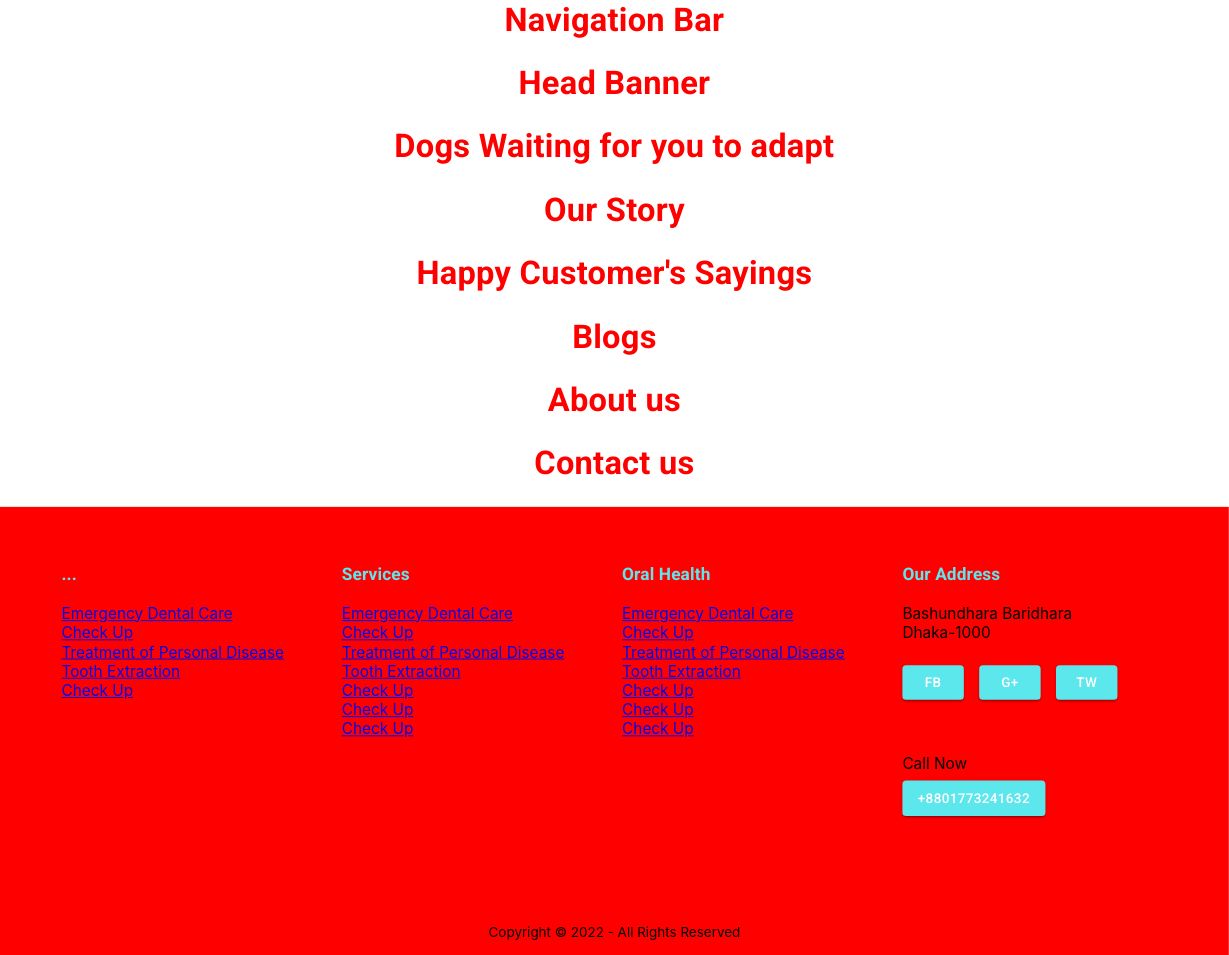
Repository: Sharif-00112/dogos-paradise-client
Page: /
The author's editor kept a copy of each file at every save. The page is drawn from the files as they stood at one save, then again after the next save.
The browser window is 1280 px wide. The pictures show the whole page, at 96% of full size.
The page's requests for data from a server got no answer. The project was rebuilt for these pictures with package versions that can differ from the ones it lists, and the page was loaded fresh each time. Some packages were replaced by stand-ins written for this rebuild. No one was signed in, and anything a server would have sent is missing. Also part of the build but not shown: src/Pages/Login/Login/Login.js, src/Pages/Login/Register/Register.js, src/Pages/NotFound/NotFound.js.

Above is the page before, as saved 2022-11-30 22:29:22.

### public/index.html
<!DOCTYPE html>
<html lang="en">
  <head>
    <meta charset="utf-8" />
    <link rel="icon" href="%PUBLIC_URL%/favicon.ico" />
    <meta name="viewport" content="width=device-width, initial-scale=1" />
    <meta name="theme-color" content="#000000" />
    <meta
      name="description"
      content="Web site created using create-react-app"
    />
    <link
      rel="stylesheet" href="https://fonts.googleapis.com/css?family=Roboto:300,400,500,700&display=swap"
    />

    <link rel="apple-touch-icon" href="%PUBLIC_URL%/logo192.png" />
    <!--
      manifest.json provides metadata used when your web app is installed on a
      user's mobile device or desktop. See https://developers.google.com/web/fundamentals/web-app-manifest/
    -->
    <link rel="manifest" href="%PUBLIC_URL%/manifest.json" />
    <!--
      Notice the use of %PUBLIC_URL% in the tags above.
      It will be replaced with the URL of the `public` folder during the build.
      Only files inside the `public` folder can be referenced from the HTML.

      Unlike "/favicon.ico" or "favicon.ico", "%PUBLIC_URL%/favicon.ico" will
      work correctly both with client-side routing and a non-root public URL.
      Learn how to configure a non-root public URL by running `npm run build`.
    -->
    <title>React App</title>
  </head>
  <body>
    <noscript>You need to enable JavaScript to run this app.</noscript>
    <div id="root"></div>
    <!--
      This HTML file is a template.
      If you open it directly in the browser, you will see an empty page.

      You can add webfonts, meta tags, or analytics to this file.
      The build step will place the bundled scripts into the <body> tag.

      To begin the development, run `npm start` or `yarn start`.
      To create a production bundle, use `npm run build` or `yarn build`.
    -->
  </body>
</html>

### src/App.js
import React  from 'react';
import './App.css';
import { BrowserRouter as Router, Route, Routes} from 'react-router-dom';
import Home from './Pages/Home/Home/Home';
import Login from './Pages/Login/Login/Login';
import Register from './Pages/Login/Register/Register';
import AuthProvider from './contexts/AuthProvider/AuthProvider';
// import PrivateRoute from './Pages/Login/PrivateRoute/PrivateRoute';
import NotFound from './Pages/NotFound/NotFound';
import Contact from './Pages/Home/Contact/Contact';
import Products from './Pages/Home/Products/Products';
import Story from './Pages/Home/Story/Story';
import CustomerReviews from './Pages/Home/CustomerReviews/CustomerReviews';
import Blogs from './Pages/Home/Blogs/Blogs';
import About from './Pages/Home/About/About';
// import Footer from './Pages/Shared/Footer/Footer';
// import Dashboard from './Pages/Dashboard/Dashboard/Dashboard';

function App() {
  return (
    <div className="App">
      <AuthProvider>
        <Router>
          <Routes>
            <Route exact path = '/' element={<Home/>}/>
            <Route exact path = '/home' element={<Home/>}/>
            <Route exact path = '/login' element={<Login/>}/>
            <Route exact path = '/register' element={<Register/>}/>
            <Route exact path = '/contact' element={<Contact/>}/>
            <Route exact path = '/products' element={<Products/>}/>
            <Route exact path = '/story' element={<Story/>}/>
            <Route exact path = '/reviews' element={<CustomerReviews/>}/>
            <Route exact path = '/blogs' element={<Blogs/>}/>
            <Route exact path = '/about' element={<About/>}/>
            {/* <Route exact path = '/appointment' element = {
              <PrivateRoute>
                <Appointment></Appointment>
              </PrivateRoute>
            }> </Route> */}
            {/* <Route path = 'dashboard/*' element = {
              <PrivateRoute>
                <Dashboard></Dashboard>
              </PrivateRoute>
            }> </Route> */}
            <Route path = '*' element={<NotFound/>}/>
          </Routes>
          {/* <Footer></Footer> */}
        </Router>
      </AuthProvider>
    </div>
  );
}

export default App;

### src/Pages/Home/Home/Home.js
import React from 'react';
import Footer from '../../Shared/Footer/Footer';
import Navigation from '../../Shared/Navigation/Navigation';
import About from '../About/About';
import Banner from '../Banner/Banner';
import Blogs from '../Blogs/Blogs';
import Contact from '../Contact/Contact';
import CustomerReviews from '../CustomerReviews/CustomerReviews';
import Products from '../Products/Products';
import Story from '../Story/Story';

const Home = () => {
    return (
        <div>
            <Navigation></Navigation>
            <Banner></Banner>
            <Products></Products>
            <Story></Story>
            <CustomerReviews></CustomerReviews>
            <Blogs></Blogs>
            <About></About>
            <Contact></Contact>
            <Footer></Footer>
        </div>
    );
};

export default Home;

### src/contexts/AuthProvider/AuthProvider.js
import React from 'react';
import { createContext } from 'react';
import useFirebase from '../../hooks/useFirebase';

//step-1-context
export const AuthContext = createContext();

const AuthProvider = (props) => {
    //step-3-context
    const {children} = props;

    //step-5-context
    const allContexts = useFirebase();

    return (
        //step-2-context
        <AuthContext.Provider value={allContexts}>
            {children}
        </AuthContext.Provider>
    );
};

export default AuthProvider;

### src/Pages/Home/Contact/Contact.js
import React from 'react';
import { Typography } from '@mui/material';

const Contact = () => {
    return (
        <div>
            <Typography sx={{ m: 3, color: 'red', fontWeight: 600 }} variant="h4" component="div">
                Contact us
            </Typography>
        </div>
    );
};

export default Contact;

### src/Pages/Home/Products/Products.js
import React from 'react';
import { Typography } from '@mui/material';

const Products = () => {
    return (
        <div>
            <Typography sx={{ m: 3, color: 'red', fontWeight: 600 }} variant="h4" component="div">
                Dogs Waiting for you to adapt
            </Typography>
        </div>
    );
};

export default Products;

### src/Pages/Home/Story/Story.js
import React from 'react';
import { Typography } from '@mui/material';


const Story = () => {
    return (
        <div>
            <Typography sx={{ m: 3, color: 'red', fontWeight: 600 }} variant="h4" component="div">
                Our Story
            </Typography>
        </div>
    );
};

export default Story;

### src/Pages/Home/CustomerReviews/CustomerReviews.js
import React from 'react';
import { Typography } from '@mui/material';


const CustomerReviews = () => {
    return (
        <div>
            <Typography sx={{ m: 3, color: 'red', fontWeight: 600 }} variant="h4" component="div">
                Happy Customer's Sayings
            </Typography>
        </div>
    );
};

export default CustomerReviews;

### src/Pages/Home/Blogs/Blogs.js
import React from 'react';
import { Typography } from '@mui/material';


const Blogs = () => {
    return (
        <div>
            <Typography sx={{ m: 3, color: 'red', fontWeight: 600 }} variant="h4" component="div">
                Blogs
            </Typography>
        </div>
    );
};

export default Blogs;

### src/Pages/Home/About/About.js
import React from 'react';
import { Typography } from '@mui/material';

const About = () => {
    return (
        <div>
            <Typography sx={{ m: 3, color: 'red', fontWeight: 600 }} variant="h4" component="div">
                About us
            </Typography>
        </div>
    );
};

export default About;

### src/Pages/Shared/Footer/Footer.js
import React from 'react';
import { Typography } from '@mui/material';
import { Container } from '@mui/system';
import Box from '@mui/material/Box';
import Grid from '@mui/material/Unstable_Grid2';
import { Link } from 'react-router-dom';
import { Button } from '@mui/material';


const Footer = () => {
    return (
        // <div>
        //     <Typography sx={{ m: 3, color: 'red', fontWeight: 600 }} variant="h4" component="div">
        //         Footer Area
        //     </Typography>
        // </div>

        <div style={{ backgroundColor: 'red' }}>
        <Container sx={{ py: 5 }}>
            <Box sx={{ flexGrow: 1 }}>
                <Grid container spacing={2}>
                    <Grid item style={{ textAlign: 'left'}} xs={6} md={3}>
                        <Typography sx={{ my:2, fontSize: 18, fontWeight: 600 }} style={{color: '#5CE7ED'}} variant="h6" component="div">
                            ...
                        </Typography>
                        <Link to = '/emergencyDentalCare'>
                            Emergency Dental Care
                        </Link>
                        <br />
                        <Link to = '/checkUp'>
                            Check Up
                        </Link>
                        <br />
                        <Link to = '/treatmentOfPersonalDisease'>
                            Treatment of Personal Disease
                        </Link>
                        <br />
                        <Link to = '/toothExtraction'>
                            Tooth Extraction
                        </Link>
                        <br />
                        <Link to = '/checkUp'>
                            Check Up
                        </Link>
                    </Grid>
                    <Grid item style={{ textAlign: 'left'}} xs={6} md={3}>
                        <Typography sx={{ my:2, fontSize: 18, fontWeight: 600 }} style={{color: '#5CE7ED'}} variant="h6" component="div">
                            Services
                        </Typography>
                        <Link to = '/emergencyDentalCare'>
                            Emergency Dental Care
                        </Link>
                        <br />
                        <Link to = '/checkUp'>
                            Check Up
                        </Link>
                        <br />
                        <Link to = '/treatmentOfPersonalDisease'>
                            Treatment of Personal Disease
                        </Link>
                        <br />
                        <Link to = '/toothExtraction'>
                            Tooth Extraction
                        </Link>
                        <br />
                        <Link to = '/checkUp'>
                            Check Up
                        </Link>
                        <br />
                        <Link to = '/checkUp'>
                            Check Up
                        </Link>
                        <br />
                        <Link to = '/checkUp'>
                            Check Up
                        </Link>
                    </Grid>
                    <Grid item style={{ textAlign: 'left'}} xs={6} md={3}>
                        <Typography sx={{ my:2, fontSize: 18, fontWeight: 600 }} style={{color: '#5CE7ED'}} variant="h6" component="div">
                            Oral Health
                        </Typography>
                        <Link to = '/emergencyDentalCare'>
                            Emergency Dental Care
                        </Link>
                        <br />
                        <Link to = '/checkUp'>
                            Check Up
                        </Link>
                        <br />
                        <Link to = '/treatmentOfPersonalDisease'>
                            Treatment of Personal Disease
                        </Link>
                        <br />
                        <Link to = '/toothExtraction'>
                            Tooth Extraction
                        </Link>
                        <br />
                        <Link to = '/checkUp'>
                            Check Up
                        </Link>
                        <br />
                        <Link to = '/checkUp'>
                            Check Up
                        </Link>
                        <br />
                        <Link to = '/checkUp'>
                            Check Up
                        </Link>
                    </Grid>
                    <Grid item style={{ textAlign: 'left'}} xs={6} md={3}>
                        <Typography sx={{ my:2, fontSize: 18, fontWeight: 600 }} style={{color: '#5CE7ED'}} variant="h6" component="div">
                            Our Address
                        </Typography>
                        <Typography sx={{ fontSize: 16, fontWeight: 400 }} variant="" component="div">
                                Bashundhara Baridhara <br />
                                Dhaka-1000
                        </Typography>

                        {/* <Button>
                            <FontAwesomeIcon icon={faShoppingCart} /> Cart
                            <FontAwesomeIcon icon="fa-brands fa-facebook" />
                        </Button> */}

                        <a href="https://www.facebook.com/" target="_blank" style={{ textDecoration:'none', color:'white' }}>
                            <Button sx={{ mt:3, mr:2 }} variant="contained" style={{backgroundColor: '#5CE7ED'}}>
                                FB
                            </Button>
                        </a>
                        <a href="https://www.google.com/" target="_blank" style={{ textDecoration:'none', color:'white' }}>
                            <Button sx={{ mt:3, mr:2 }} variant="contained" style={{backgroundColor: '#5CE7ED'}}>
                                G+
                            </Button>
                        </a>
                        <a href="https://twitter.com/" target="_blank" style={{ textDecoration:'none', color:'white' }}>
                            <Button sx={{ mt:3, mr:2 }} variant="contained" style={{backgroundColor: '#5CE7ED'}}>
                                TW
                            </Button>
                        </a>

                        <Typography sx={{ mt:7, fontSize: 16, fontWeight: 400 }} variant="" component="div">
                                Call Now
                        </Typography>
                        <a href="tel:+8801773241632" style={{ textDecoration:'none', color:'white' }}>
                            <Button sx={{ mt:1, mr:2 }} variant="contained" style={{backgroundColor: '#5CE7ED'}}>
                                +8801773241632
                            </Button>
                        </a>
                    </Grid>
                </Grid>
            </Box>
        </Container>
        <Typography sx={{ p:2, mt:7, fontSize: 14, fontWeight: 400 }} variant="" component="div">
            Copyright &copy; 2022 - All Rights Reserved
        </Typography>
    </div>
    );
};

export default Footer;

### src/Pages/Shared/Navigation/Navigation.js
import React from 'react';
import { Typography } from '@mui/material';

const Navigation = () => {
    return (
        <div>
            <Typography sx={{ mx: 3, color: 'red', fontWeight: 600 }} variant="h4" component="div">
                Navigation Bar
            </Typography>
        </div>
    );
};

export default Navigation;

### src/Pages/Home/Banner/Banner.js
import React from 'react';
import { Typography } from '@mui/material';

const Banner = () => {
    return (
        <div>
            <Typography sx={{ m: 3, color: 'red', fontWeight: 600 }} variant="h4" component="div">
                Head Banner
            </Typography>
        </div>
    );
};

export default Banner;

### src/Pages/Login/Firebase/firebase.initialize.js
import { initializeApp } from "firebase/app";
import firebaseConfig from "./firebase.config";

const initializeAuthentication = () =>{
    initializeApp(firebaseConfig);
}

export default initializeAuthentication;

### src/Pages/Login/Firebase/firebase.config.js
// console.log(process.env);

const firebaseConfig = {
  apiKey: process.env.REACT_APP_FIREBASE_API_KEY,
  authDomain: process.env.REACT_APP_FIREBASE_AUTH_DOMAIN,
  projectId: process.env.REACT_APP_FIREBASE_PROJECT_ID,
  storageBucket: process.env.REACT_APP_FIREBASE_STORAGE_BUCKET,
  messagingSenderId: process.env.REACT_APP_FIREBASE_MESSAGING_SENDER_ID,
  appId: process.env.REACT_APP_FIREBASE_APP_ID,
  measurementId: process.env.REACT_APP_FIREBASE_MEASUREMENT_ID
};

export default firebaseConfig;

// .env.local
// REACT_APP_FIREBASE_API_KEY=AIzaSyCGaQ8G2l5KeOKX4bAJ7MC19oWW_2vnTNQ
// REACT_APP_FIREBASE_AUTH_DOMAIN=dogos-paradise.firebaseapp.com
// REACT_APP_FIREBASE_PROJECT_ID=dogos-paradise
// REACT_APP_FIREBASE_STORAGE_BUCKET=dogos-paradise.appspot.com
// REACT_APP_FIREBASE_MESSAGING_SENDER_ID=824394057307
// REACT_APP_FIREBASE_APP_ID=1:824394057307:web:727ac0c86627b9544a617e
// REACT_APP_FIREBASE_MEASUREMENT_ID=G-DL8JJ6MYSD

// const firebaseConfig = {
  // apiKey: "AIzaSyCGaQ8G2l5KeOKX4bAJ7MC19oWW_2vnTNQ",
  // authDomain: "dogos-paradise.firebaseapp.com",
  // projectId: "dogos-paradise",
  // storageBucket: "dogos-paradise.appspot.com",
  // messagingSenderId: "824394057307",
  // appId: "1:824394057307:web:727ac0c86627b9544a617e",
  // measurementId: "G-DL8JJ6MYSD"
// };

Loaded but not shown: src/index.js (common file); src/index.css (common file); src/reportWebVitals.js (common file); src/App.css (common file); src/hooks/useFirebase.js (273 lines, source omitted)

After the next save:
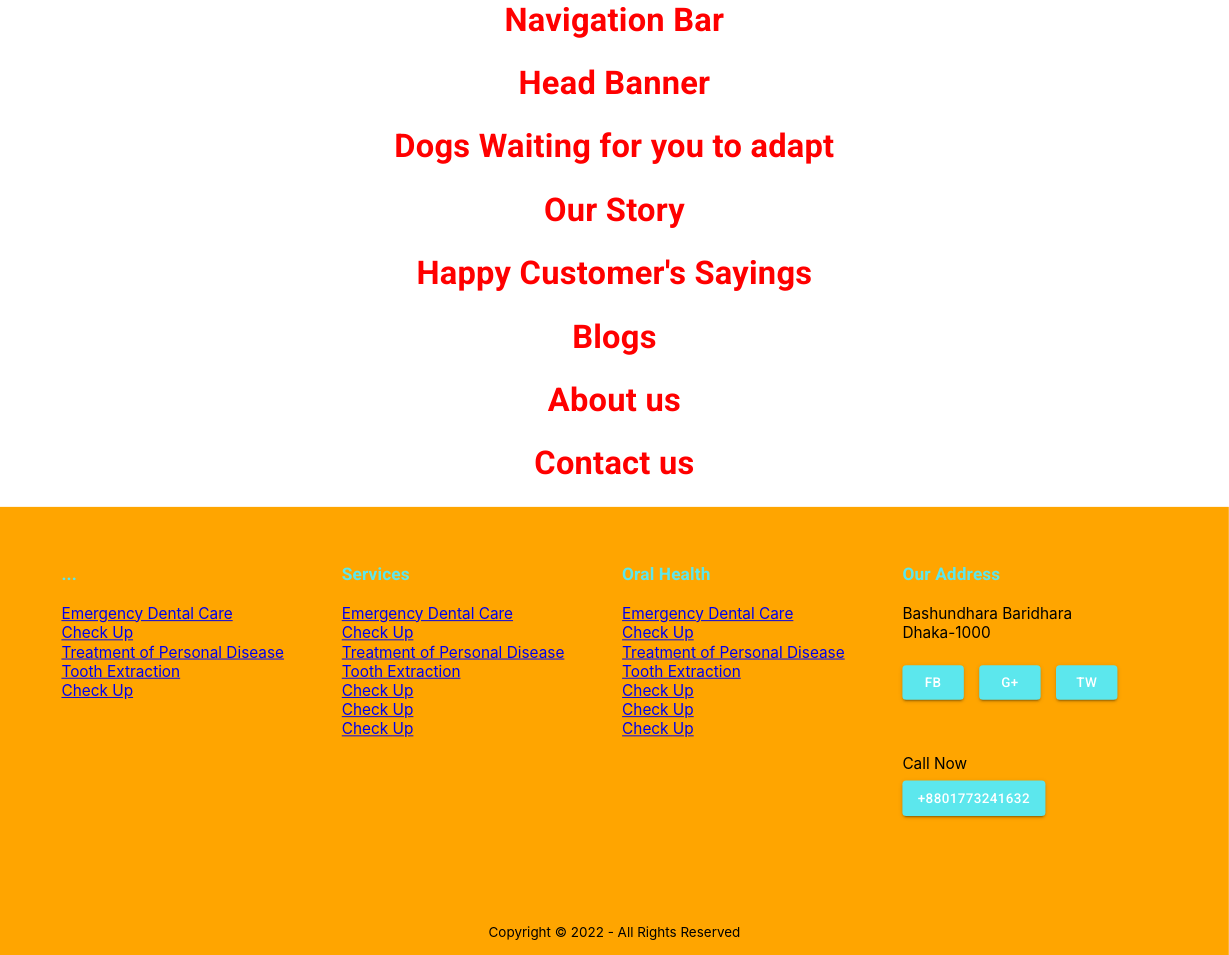
Saved 15 s later.
--- a/src/Pages/Shared/Footer/Footer.js
+++ b/src/Pages/Shared/Footer/Footer.js
@@ -15,7 +15,7 @@ const Footer = () => {
         //     </Typography>
         // </div>
 
-        <div style={{ backgroundColor: 'red' }}>
+        <div style={{ backgroundColor: 'orange' }}>
         <Container sx={{ py: 5 }}>
             <Box sx={{ flexGrow: 1 }}>
                 <Grid container spacing={2}>
